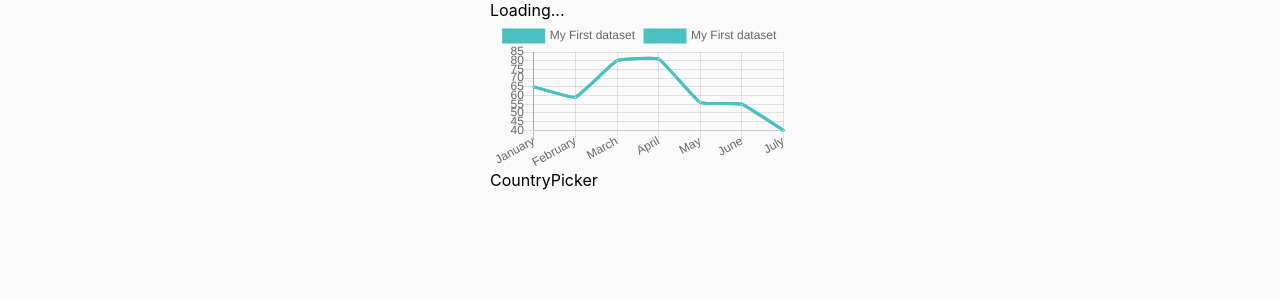
Repository: ranausama48/covid-tracker
Page: /
An editor plug-in stored every save of this project. The page is shown before and after the next save, followed by the edit.
The browser window is 1280 px wide. The pictures show the whole page.
The page's requests for data from a server got no answer. The project was rebuilt for these pictures with package versions that can differ from the ones it lists, and the page was loaded fresh each time. No one was signed in, and anything a server would have sent is missing. Also part of the build but not shown: src/components/Cards/Cards.jsx.

Above is the page before, as saved 2020-07-05 19:16:29.

After the next save:
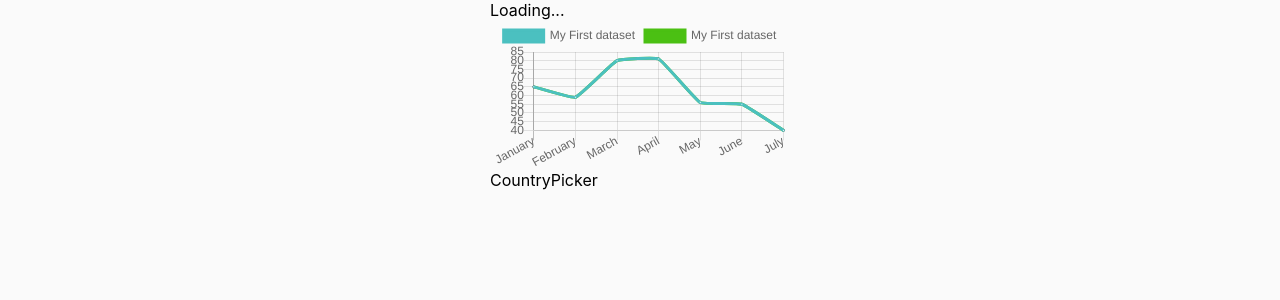
Saved 41 s later.
--- a/src/components/Charts/Charts.jsx
+++ b/src/components/Charts/Charts.jsx
@@ -29,13 +29,13 @@ const data = {
       label: "My First dataset",
       fill: false,
       lineTension: 0.1,
-      backgroundColor: "rgba(75,192,192,0.4)",
-      borderColor: "rgba(75,192,192,1)",
+      backgroundColor: "red",
+      borderColor: "rgba(75,192,19,5)",
       borderCapStyle: "butt",
       borderDash: [],
       borderDashOffset: 0.0,
       borderJoinStyle: "miter",
-      pointBorderColor: "rgba(75,192,192,1)",
+      pointBorderColor: "rgba(75,12,0,1)",
       pointBackgroundColor: "#fff",
       pointBorderWidth: 1,
       pointHoverRadius: 5,
